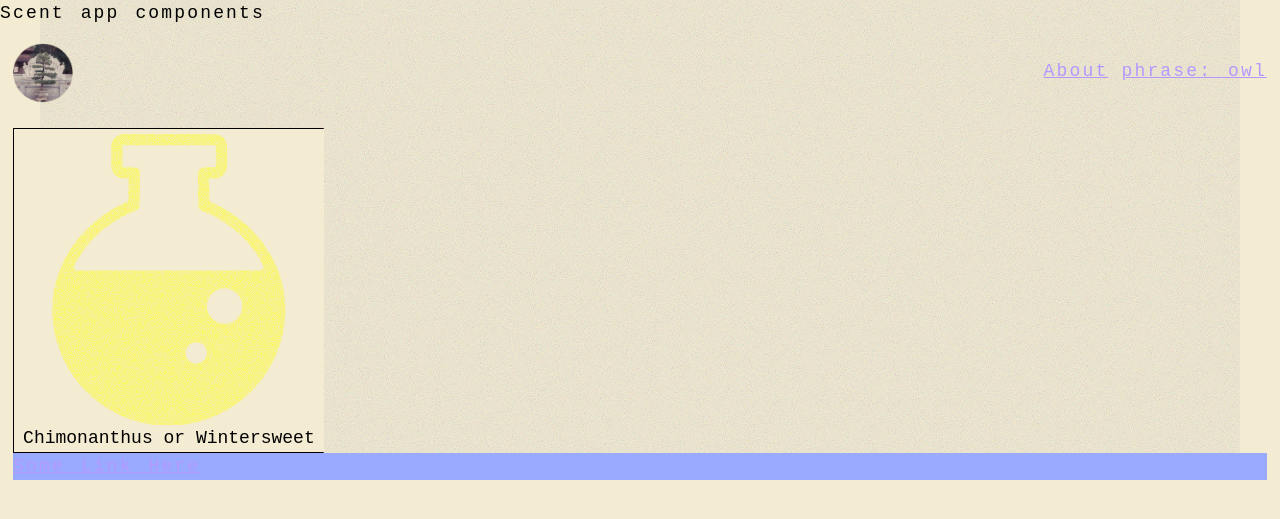
Repository: magiai/scent-app
Page: /
An editor plug-in stored every save of this project. The page is shown before and after the next save, followed by the edit.
The browser window is 1280 px wide. The pictures show the whole page.
The project was rebuilt for these pictures with package versions that can differ from the ones it lists, and the page was loaded fresh each time. The framework's server and built-in components were replaced by stand-ins that run in the browser.

Above is the page before, as saved 2022-11-30 11:40:00.

After the next save:
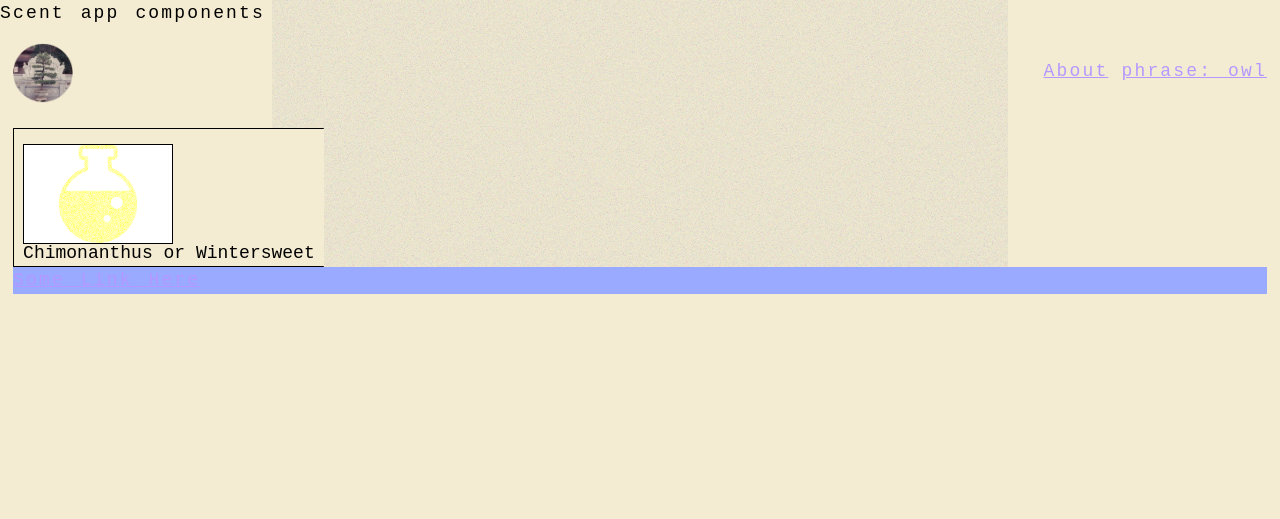
Saved 27 s later.
--- a/components/scent/Scent.tsx
+++ b/components/scent/Scent.tsx
@@ -28,7 +28,7 @@ export const Scent = ({
             {...props}>
 
             <svg
-                className='svg--bottle'
+                className={ styles['svg--bottle'] }
                 xmlns="http://www.w3.org/2000/svg"
                 version="1.1"
                 x="0px"
